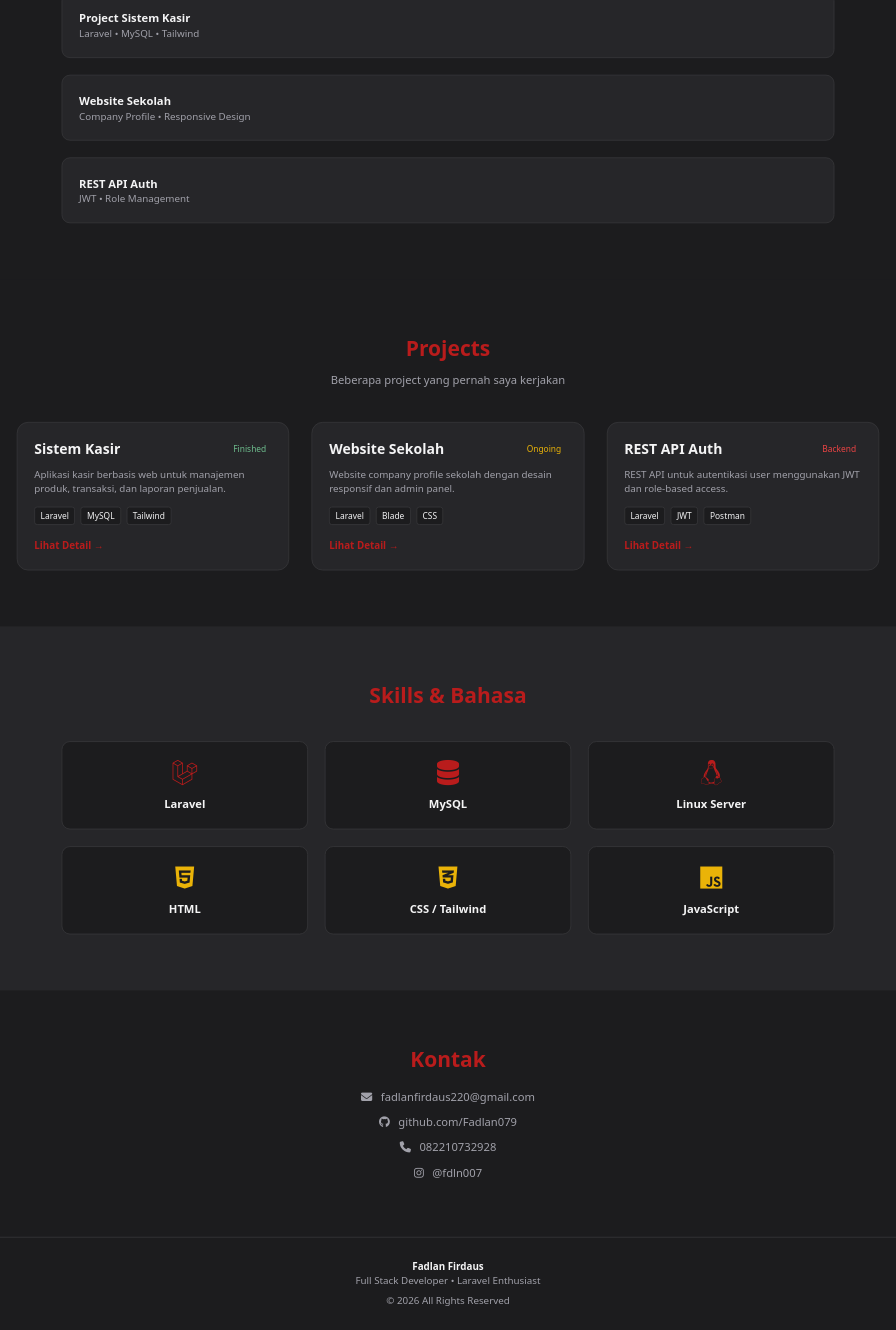
Repository: Fadlan079/Personal-Portfolio
Page: http://localhost/
An editor plug-in stored every save of this project. The page is shown before and after the next save, followed by the edit.
The browser window is 1280 px wide. The pictures show the part of the page from y = 1167 to 3087 px (the page is 3067 px tall before and 3087 px after), at 70% of full size.
Some web libraries are served in a nearby version. The page is served by the project's Laravel application, run on PHP 8.4 with Laravel 12.

Above is the page before, as saved 2026-01-14 14:20:11.

After the next save:
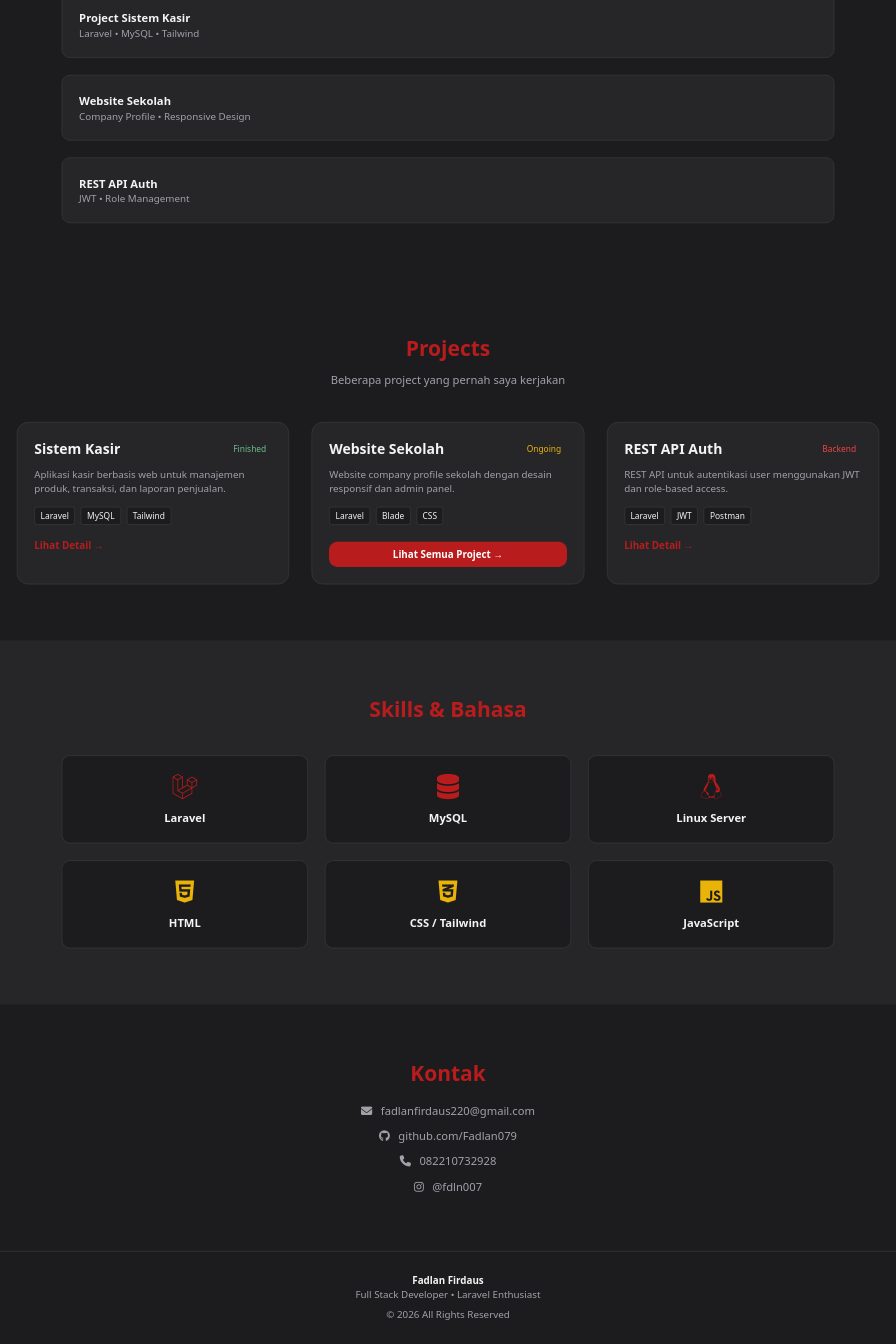
Saved 88 s later.
--- a/resources/views/portofolio.blade.php
+++ b/resources/views/portofolio.blade.php
@@ -170,30 +170,37 @@
         </a>
       </div>
 
-      <!-- Project Card -->
-      <div class="bg-surface border border-border rounded-2xl p-6 hover:-translate-y-2 transition">
-        <div class="flex justify-between items-center mb-3">
-          <h4 class="text-xl font-semibold">Website Sekolah</h4>
-          <span class="text-xs px-2 py-1 rounded bg-warning/20 text-warning">
-            Ongoing
-          </span>
-        </div>
-
-        <p class="text-muted text-sm mb-4">
-          Website company profile sekolah dengan desain responsif
-          dan admin panel.
-        </p>
-
-        <div class="flex flex-wrap gap-2 text-xs mb-4">
-          <span class="px-2 py-1 bg-bg border border-border rounded">Laravel</span>
-          <span class="px-2 py-1 bg-bg border border-border rounded">Blade</span>
-          <span class="px-2 py-1 bg-bg border border-border rounded">CSS</span>
-        </div>
-
-        <a href="#" class="text-primary text-sm font-semibold hover:underline">
-          Lihat Detail →
-        </a>
-      </div>
+<!-- Project Card -->
+<div class="bg-surface border border-border rounded-2xl p-6 hover:-translate-y-2 transition flex flex-col">
+  <div class="flex justify-between items-center mb-3">
+    <h4 class="text-xl font-semibold">Website Sekolah</h4>
+    <span class="text-xs px-2 py-1 rounded bg-warning/20 text-warning">
+      Ongoing
+    </span>
+  </div>
+
+  <p class="text-muted text-sm mb-4 flex-grow">
+    Website company profile sekolah dengan desain responsif
+    dan admin panel.
+  </p>
+
+  <div class="flex flex-wrap gap-2 text-xs mb-6">
+    <span class="px-2 py-1 bg-bg border border-border rounded">Laravel</span>
+    <span class="px-2 py-1 bg-bg border border-border rounded">Blade</span>
+    <span class="px-2 py-1 bg-bg border border-border rounded">CSS</span>
+  </div>
+
+  <!-- Button -->
+  <a
+    href="projects.html"
+    class="mt-auto text-center px-4 py-2 rounded-xl
+           bg-primary text-white text-sm font-semibold
+           hover:bg-primary/90 transition"
+  >
+    Lihat Semua Project →
+  </a>
+</div>
+
 
       <!-- Project Card -->
       <div class="bg-surface border border-border rounded-2xl p-6 hover:-translate-y-2 transition">

After the save that followed:
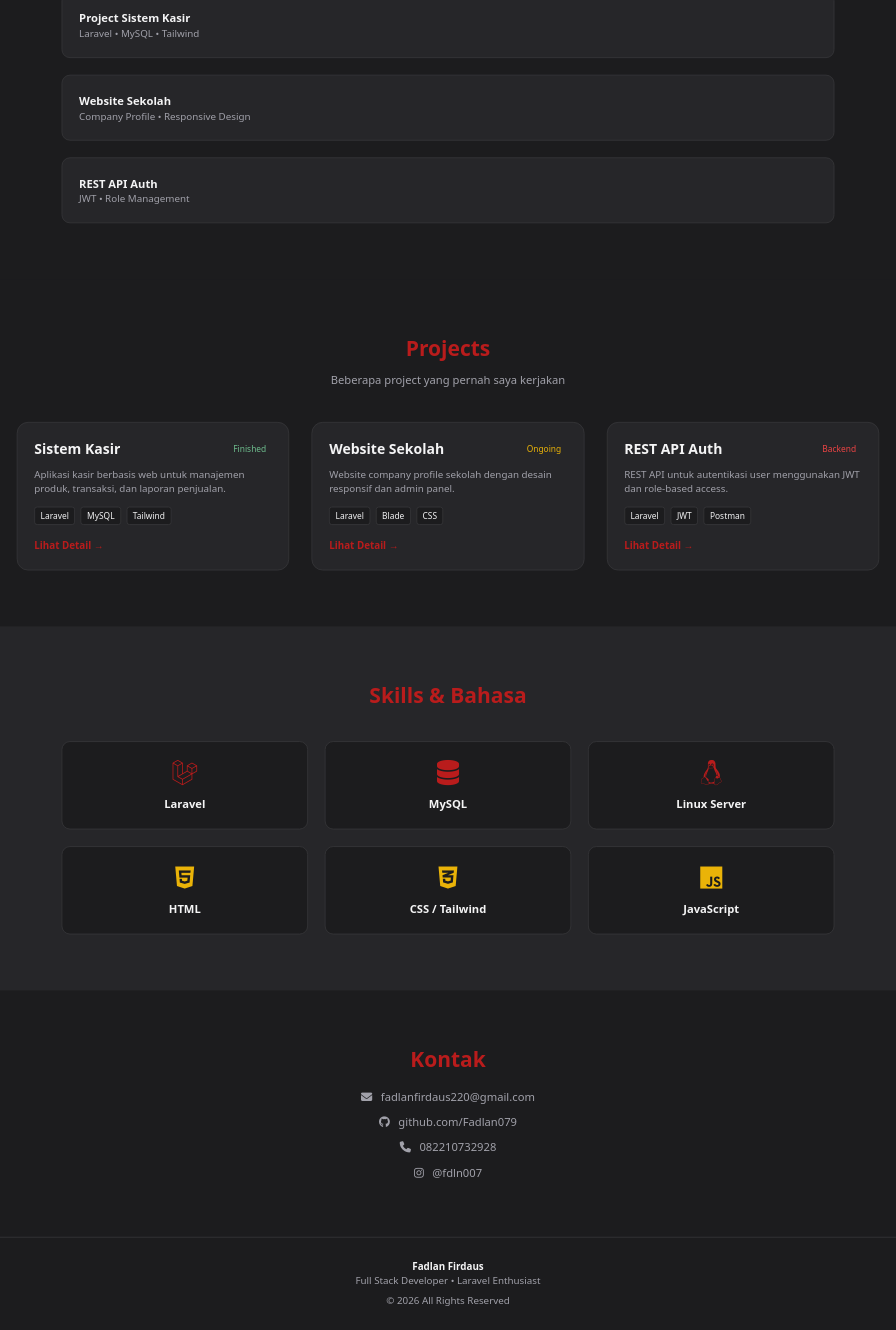
Saved 17 s later.
--- a/resources/views/portofolio.blade.php
+++ b/resources/views/portofolio.blade.php
@@ -170,37 +170,30 @@
         </a>
       </div>
 
-<!-- Project Card -->
-<div class="bg-surface border border-border rounded-2xl p-6 hover:-translate-y-2 transition flex flex-col">
-  <div class="flex justify-between items-center mb-3">
-    <h4 class="text-xl font-semibold">Website Sekolah</h4>
-    <span class="text-xs px-2 py-1 rounded bg-warning/20 text-warning">
-      Ongoing
-    </span>
-  </div>
-
-  <p class="text-muted text-sm mb-4 flex-grow">
-    Website company profile sekolah dengan desain responsif
-    dan admin panel.
-  </p>
-
-  <div class="flex flex-wrap gap-2 text-xs mb-6">
-    <span class="px-2 py-1 bg-bg border border-border rounded">Laravel</span>
-    <span class="px-2 py-1 bg-bg border border-border rounded">Blade</span>
-    <span class="px-2 py-1 bg-bg border border-border rounded">CSS</span>
-  </div>
-
-  <!-- Button -->
-  <a
-    href="projects.html"
-    class="mt-auto text-center px-4 py-2 rounded-xl
-           bg-primary text-white text-sm font-semibold
-           hover:bg-primary/90 transition"
-  >
-    Lihat Semua Project →
-  </a>
-</div>
-
+      <!-- Project Card -->
+      <div class="bg-surface border border-border rounded-2xl p-6 hover:-translate-y-2 transition">
+        <div class="flex justify-between items-center mb-3">
+          <h4 class="text-xl font-semibold">Website Sekolah</h4>
+          <span class="text-xs px-2 py-1 rounded bg-warning/20 text-warning">
+            Ongoing
+          </span>
+        </div>
+
+        <p class="text-muted text-sm mb-4">
+          Website company profile sekolah dengan desain responsif
+          dan admin panel.
+        </p>
+
+        <div class="flex flex-wrap gap-2 text-xs mb-4">
+          <span class="px-2 py-1 bg-bg border border-border rounded">Laravel</span>
+          <span class="px-2 py-1 bg-bg border border-border rounded">Blade</span>
+          <span class="px-2 py-1 bg-bg border border-border rounded">CSS</span>
+        </div>
+
+        <a href="#" class="text-primary text-sm font-semibold hover:underline">
+          Lihat Detail →
+        </a>
+      </div>
 
       <!-- Project Card -->
       <div class="bg-surface border border-border rounded-2xl p-6 hover:-translate-y-2 transition">
